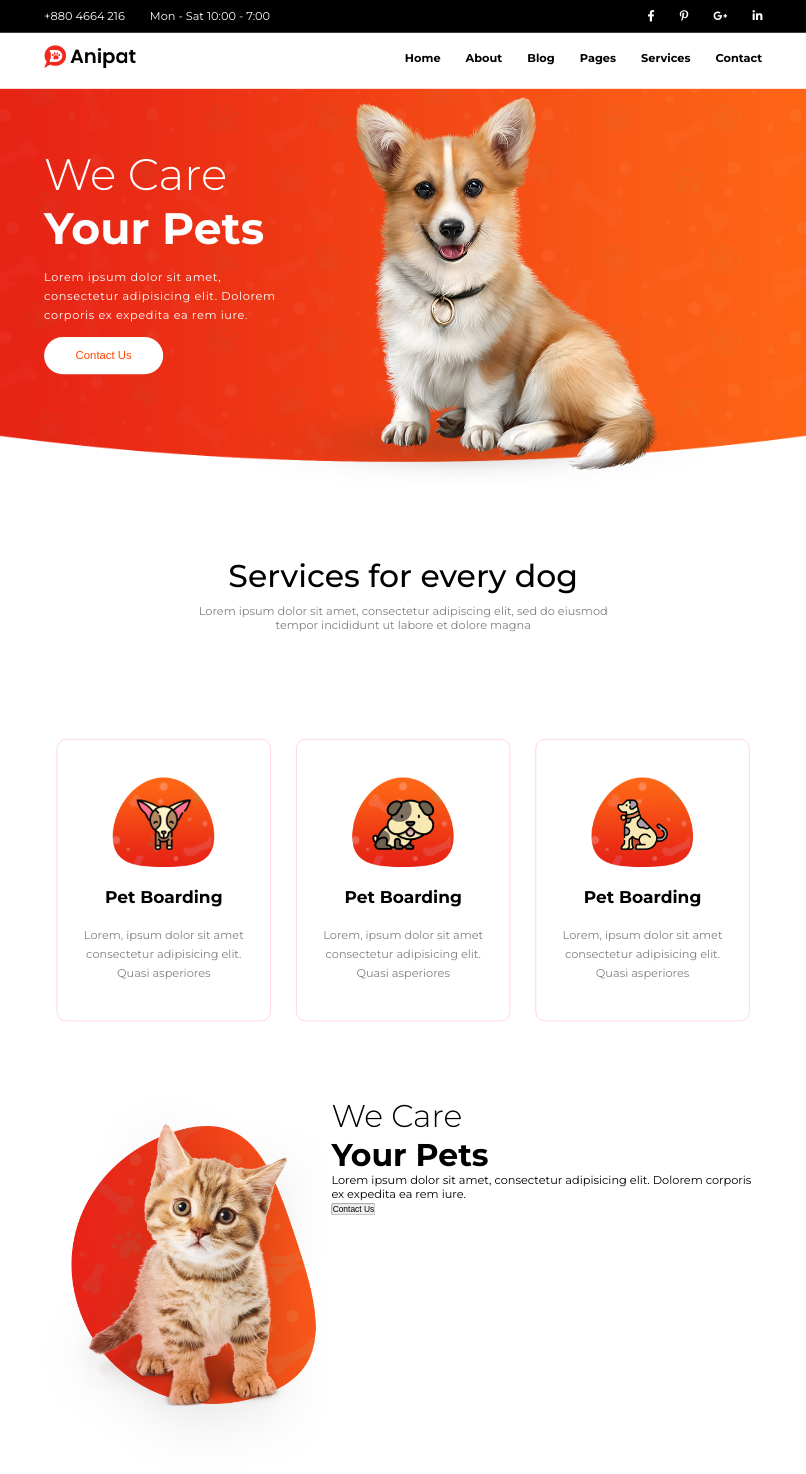
Repository: giahuy405/Day_2_Anipat
Page: index.html
These files come from the project's save history. The page is drawn as it stood at one moment and after the next save; the edit follows.
The browser window is 1280 px wide. The pictures show the whole page, at 63% of full size.

Above is the page before, as saved 2022-09-08 23:33:17.

### index.html
<!DOCTYPE html>
<html lang="en">
<head>
    <meta charset="UTF-8">
    <meta http-equiv="X-UA-Compatible" content="IE=edge">
    <meta name="viewport" content="width=device-width, initial-scale=1.0">
    <title>Anipat</title>
    <link rel="stylesheet" href="https://cdnjs.cloudflare.com/ajax/libs/font-awesome/6.2.0/css/all.min.css">
    <link href="https://fonts.googleapis.com/css2?family=Montserrat:wght@300;400;500;700&display=swap" rel="stylesheet">
    <link rel="stylesheet" href="./css/index.css">
</head>
<body>
    <header>
        <div class="header-top">
            <div class="container">
                <div class="header__contact">
                    <a href="#">+880 4664 216 </a>
                    <span>Mon - Sat 10:00 - 7:00</span>
                </div>
                <div class="header__social">
                    <ul>
                        <li><a href="#"><i class="fa-brands fa-facebook-f"></i></a></li>
                        <li><a href="#"><i class="fa-brands fa-pinterest-p"></i></a></li>
                        <li><a href="#"><i class="fa-brands fa-google-plus-g"></i></a></li>
                        <li><a href="#"><i class="fa-brands fa-linkedin-in"></i></a></li>
                    </ul>
                </div>
                <div class="clear"></div>
            </div>
        </div>
        <div class="header-bottom container">
            <img src="./img/logo.png" alt="Logo">
            <ul>
                <li><a href="#">Home</a></li>
                <li><a href="#">About</a></li>
                <li><a href="#">Blog</a></li>
                <li><a href="#">Pages</a></li>
                <li><a href="#">Services</a></li>
                <li><a href="#">Contact</a></li>
            </ul>
            <div class="clear"></div>
        </div>

    </header>
    <div class="carousel">
        <div class="container">
            <div class="carousel__content">
                <h1>We Care</h1>
                <h2>Your Pets</h2>
                <p>Lorem ipsum dolor sit amet, consectetur adipisicing elit. Dolorem corporis ex expedita ea rem iure.</p>
                <button>Contact Us</button>
            </div>
            <div class="carousel__dog">
                <img src="./img/dog.png" alt="Dog">
            </div>
            <div class="clear"></div>
        </div>
    </div>
    <div class="service">
        <div class="service-top">
            <h1>Services for every dog</h1>
            <p>Lorem ipsum dolor sit amet, consectetur adipiscing elit, sed do eiusmod tempor incididunt ut labore et dolore magna</p>
        </div>
        <div class="service-bottom container">
            <div class="service-card">
                <div class="service__item">
                    <div class="service__background">
                        <img src="./img/service_icon_1.png" alt="">
                    </div>
                    <h2>Pet Boarding</h2>
                    <p>Lorem, ipsum dolor sit amet consectetur adipisicing elit. Quasi asperiores</p>
                </div>
            </div>
            <div class="service-card">
                <div class="service__item">
                    <div class="service__background">
                        <img src="./img/service_icon_2.png" alt="">
                    </div>
                    <h2>Pet Boarding</h2>
                    <p>Lorem, ipsum dolor sit amet consectetur adipisicing elit. Quasi asperiores</p>
                </div>
            </div>
            <div class="service-card">
                <div class="service__item">
                    <div class="service__background">
                        <img src="./img/service_icon_3.png" alt="">
                    </div>
                    <h2>Pet Boarding</h2>
                    <p>Lorem, ipsum dolor sit amet consectetur adipisicing elit. Quasi asperiores</p>
                </div>
            </div>
            <div class="clear"></div>
        </div>
    </div>
    <div class="netcare container">
        <div class="netcare__cat">
            <img src="./img/pet_care.png" alt="pet care">
        </div>
        <div class="netcare__content">
                <h1>We Care</h1>
                <h2>Your Pets</h2>
                <p>Lorem ipsum dolor sit amet, consectetur adipisicing elit. Dolorem corporis ex expedita ea rem iure.</p>
                <button>Contact Us</button>
        </div>
        <div class="clear"></div>
    </div>
</body>
</html>

### css/index.css
*{
    padding: 0;
    margin: 0;
    box-sizing: border-box;
}
.clear{
    clear: both;
}
html{
    font-size: 18px;
    font-family: 'Montserrat', sans-serif;
}
.container{
    width: 1140px;
    margin: 0 auto;
}
.header__contact{
    float: left;
}
.header__social{
    float: right;
}
.header-top{
    background-color: black;
    padding: 15px;
}
.header__contact a{
     color: white;
     text-decoration: none;
     transition: all 0.2s;
}
.header__contact a:hover{
    color: red;
}
.header__contact span{
    color: white;
    margin-left: 35px;
}
.header__social ul,.header-bottom ul{
    list-style: none;
}
.header__social li,.header-bottom li{
    display: inline;
    margin-left: 35px;
}
.header__social i{
    color: white;
    transition: all 0.2s;
}
.header__social i:hover{
    color: red;
}
.header-bottom ul{
    float: right;
}
.header-bottom a{
    text-decoration: none;
    font-weight: bold;
    color: black;
    transition: all 0.2;
    line-height: 40px;
}
.header-bottom a:hover{
    color: red;
}
.header-bottom{
    padding: 20px 0;
}
.carousel{
    background-image: url(../img/banner.png);
    background-position: center bottom;
    background-repeat: no-repeat;
    background-size: 100%;
    height: 600px;
    position: relative;
    margin-bottom: 150px;
}
.carousel__content{
    float: left;
    width: 33%;
    padding-top: 100px;
}
.carousel__dog{
    float: left;
    width: 67%;
    position: absolute;
    top: -10px;
    left: 315px;
    padding: 30px;
}
.carousel__content h1{
    color: white;
    font-size: 70px;
    font-weight: 300;
}
.carousel__content h2{
    color: white;
    font-size: 70px;
    font-weight: 700;
}
.carousel__content p{
    color: white;
    line-height: 30px;
    letter-spacing: 1px;
    margin: 20px 0;
}
.carousel__content button{
    padding: 19px 50px;
    border-radius: 30px;
    border: none;
    font-size: 18px;
    background-color: white;
    color: orangered;
    cursor: pointer;
}
.carousel__content button:hover{
    background-color: orangered;
    color: white;
}
.carousel__dog img{
    width: 100%;

}
.service{
    text-align: center;
    margin-bottom: 100px;
}
.service-top h1{
    font-weight: 500;
    font-size: 50px;
    margin-bottom: 15px;
}
.service-top p{
    padding: 0 300px;
    color: grey;
}
.service-top{
    margin-bottom: 150px;
}
.service-card{
    float: left;
    width: 33.3333%;
}
.service__background{
    background-image: url(../img/service_icon_bg_1.png);
    width: 161px;
    height: 143px;
    background-position: center;
    margin: 0 auto;
}
.service__item{
    border: 1px solid pink;
    border-radius: 15px;
    padding: 60px 40px;
}
.service-card{
    padding: 20px;
}
.service__item img{
    padding-top: 35px;
}
.service__item h2{
    margin: 30px 0;
}
.service__item p{
    color: grey;
    line-height: 30px;
}
.netcare__cat{
    float: left;
    width: 40%;
}
.netcare__content{
    float: left;
    width: 60%;
}
.netcare__cat img{
    width: 100%;
}
.netcare__content h1{
    color: black;
    font-size: 50px;
    font-weight: 300;
}
.netcare__content h2{
    color: black;
    font-size: 50px;
    font-weight: 700;
}

After the next save:
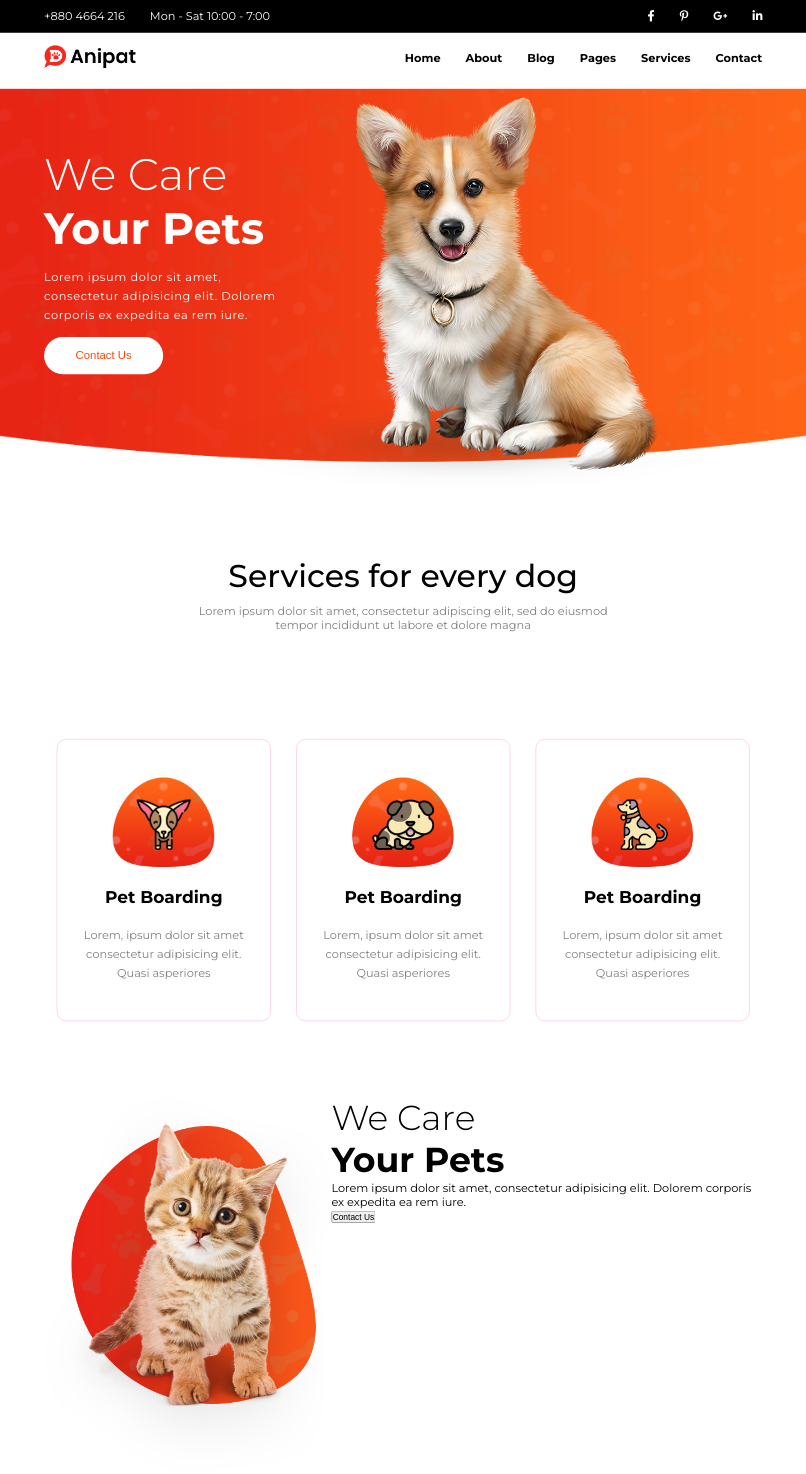
Saved 16 s later.
--- a/css/index.css
+++ b/css/index.css
@@ -179,11 +179,11 @@ html{
 }
 .netcare__content h1{
     color: black;
-    font-size: 50px;
+    font-size: 55px;
     font-weight: 300;
 }
 .netcare__content h2{
     color: black;
-    font-size: 50px;
+    font-size: 55px;
     font-weight: 700;
 }
